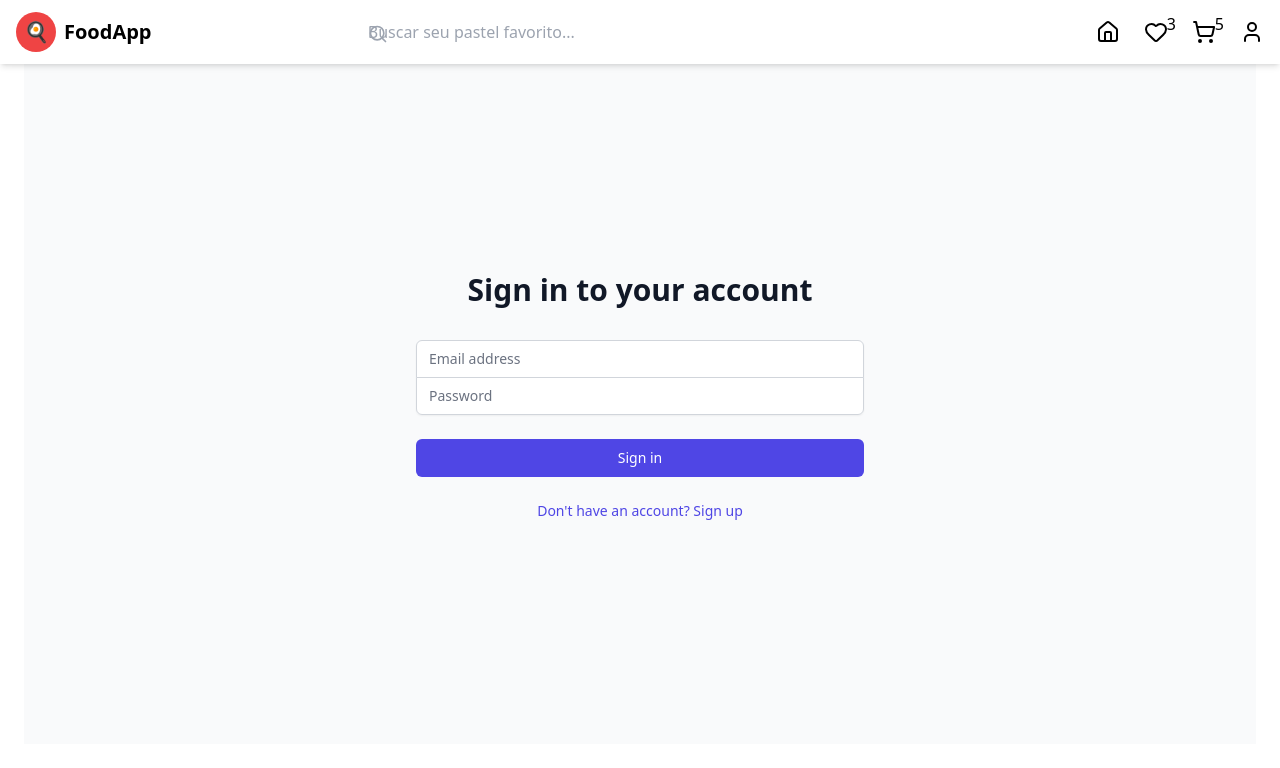
Repository: Deniihsilvaa/pastelariadoceesal
Page: /auth
These files come from the project's save history. The page is drawn as it stood at one moment and after a run of saves; the edit follows.
The browser window is 1280 px wide. The pictures show the whole page.
The page's requests for data from a server got no answer. The project was rebuilt for these pictures with package versions that can differ from the ones it lists, and the page was loaded fresh each time. No one was signed in, and anything a server would have sent is missing. Also part of the build but not shown: vite.config.ts, src/components/home/CategoryCard.tsx, src/pages/HomePage.tsx, src/lib/supabaseClient.ts, src/components/restaurant/MenuItem.tsx, src/components/restaurant/MenuList.tsx, src/components/restaurant/RestaurantHeader.tsx, src/pages/RestaurantPage.tsx and 1 more.

Above is the page before, as saved 2024-12-31 17:44:42.

### index.html
<!doctype html>
<html lang="en">

<head>
  <meta charset="UTF-8" />
  <link rel="icon" type="image/svg+xml" href="" />
  <meta name="viewport" content="width=device-width, initial-scale=1.0" />
  <title>Pastelaria Doce & Sal</title>

</head>

<body>
  <div id="root"></div>
  <script type="module" src="/src/main.tsx"></script>
</body>

</html>

### src/App.tsx
// src/app.tsx
import { PrimeReactProvider } from "primereact/api";
import React from "react";
import { BrowserRouter as Router } from "react-router-dom";
import { AuthProvider } from "./contexts/AuthContext";
import Rota from "./hooks/Rota.tsx";
import Layout from "./components/layout/Layout";

const App: React.FC = () => {
  return (
    <PrimeReactProvider value={{ unstyled: true }}>
      <Router>
        <AuthProvider>
          <Layout>
            <Rota />
          </Layout>
        </AuthProvider>
      </Router>
    </PrimeReactProvider>
  );
};

export default App;

### src/contexts/AuthContext.tsx
import  { createContext,  useState, ReactNode } from 'react';

interface AuthContextType {
  user: { name: string; email: string } | null;
  login: (userData: { name: string; email: string }) => void;
  logout: () => void;
}

export const AuthContext = createContext<AuthContextType | undefined>(undefined);

export function AuthProvider({ children }: { children: ReactNode }) {
  const [user, setUser] = useState<AuthContextType['user']>(null);

  const login = (userData: { name: string; email: string }) => {
    setUser(userData);
  };

  const logout = () => {
    setUser(null);
  };

  return (
    <AuthContext.Provider value={{ user, login, logout }}>
      {children}
    </AuthContext.Provider>
  );
}

### src/hooks/Rota.tsx
import { Routes, Route } from "react-router-dom";
import { useAuth } from "../contexts/useAuth.tsx";
import { AuthForm } from '../components/AuthForm.tsx';
import { HomePage } from '../pages/HomePage.tsx';
import { RestaurantPage } from '../pages/RestaurantPage';
import { Profile } from '../components/layout/profile/Profile';

const Rota = () => {
  const {user} = useAuth();

  return (
    <Routes>
      {/* Rotas públicas */}
      <Route path="/" element={<HomePage />} />
      <Route path="/auth" element={<AuthForm />} />
      <Route path="/profile" element={<Profile />} />
      <Route path="/restaurant/:id" element={<RestaurantPage />} />

      {user ? (
        <Route path="/profile" element={<Profile />} />
      ) : (
        <Route path="*" element={<HomePage />} />
      )}

      {/* Redirecionamento para a página inicial para qualquer outra rota desconhecida */}
      <Route path="*" element={<HomePage />} />
    </Routes>
  );
};

export default Rota;

### src/components/layout/Layout.tsx
// src/components/layout/Layout.tsx
import { ReactNode } from 'react';
import { Header } from './Header';

interface LayoutProps {
  children: ReactNode;
}

const Layout: React.FC<LayoutProps> = ({ children }) => {
  return (
    <div className="flex flex-col min-h-screen bg-gray-100">
      <Header />
      <main className="flex-1 p-6 bg-white">{children}</main>
    </div>
  );
};

export default Layout;

### src/contexts/useAuth.tsx
import { useContext } from 'react';
import {AuthContext} from '../contexts/AuthContext';

export function useAuth() {
  const context = useContext(AuthContext);
  if (context === undefined) {
    throw new Error('useAuth must be used within an AuthProvider');
  }
  return context;
}

### src/components/AuthForm.tsx
import { useState } from 'react';
import { useAuth } from '../contexts/useAuth';

export function AuthForm() {
  const [isLogin, setIsLogin] = useState(true);
  const [email, setEmail] = useState('');
  const [password, setPassword] = useState('');
  const [error, setError] = useState('');
  const { signIn, signUp } = useAuth();

  const handleSubmit = async (e: React.FormEvent) => {
    e.preventDefault();
    setError('');

    try {
      if (isLogin) {
        await signIn(email, password);
      } else {
        await signUp(email, password);
      }
    } catch (err) {
      setError(err instanceof Error ? err.message : 'An error occurred');
    }
  };

  return (
    <div className="flex items-center justify-center min-h-screen px-4 py-12 bg-gray-50 sm:px-6 lg:px-8">
      <div className="w-full max-w-md space-y-8">
        <div>
          <h2 className="mt-6 text-3xl font-extrabold text-center text-gray-900">
            {isLogin ? 'Sign in to your account' : 'Create your account'}
          </h2>
        </div>
        <form className="mt-8 space-y-6" onSubmit={handleSubmit}>
          <div className="-space-y-px rounded-md shadow-sm">
            <div>
              <label htmlFor="email-address" className="sr-only">
                Email address
              </label>
              <input
                id="email-address"
                name="email"
                type="email"
                required
                className="relative block w-full px-3 py-2 text-gray-900 placeholder-gray-500 border border-gray-300 rounded-none appearance-none rounded-t-md focus:outline-none focus:ring-indigo-500 focus:border-indigo-500 focus:z-10 sm:text-sm"
                placeholder="Email address"
                value={email}
                onChange={(e) => setEmail(e.target.value)}
              />
            </div>
            <div>
              <label htmlFor="password" className="sr-only">
                Password
              </label>
              <input
                id="password"
                name="password"
                type="password"
                required
                className="relative block w-full px-3 py-2 text-gray-900 placeholder-gray-500 border border-gray-300 rounded-none appearance-none rounded-b-md focus:outline-none focus:ring-indigo-500 focus:border-indigo-500 focus:z-10 sm:text-sm"
                placeholder="Password"
                value={password}
                onChange={(e) => setPassword(e.target.value)}
              />
            </div>
          </div>

          {error && (
            <div className="text-sm text-center text-red-500">{error}</div>
          )}

          <div>
            <button
              type="submit"
              className="relative flex justify-center w-full px-4 py-2 text-sm font-medium text-white bg-indigo-600 border border-transparent rounded-md group hover:bg-indigo-700 focus:outline-none focus:ring-2 focus:ring-offset-2 focus:ring-indigo-500"
            >
              {isLogin ? 'Sign in' : 'Sign up'}
            </button>
          </div>

          <div className="text-sm text-center">
            <button
              type="button"
              className="font-medium text-indigo-600 hover:text-indigo-500"
              onClick={() => setIsLogin(!isLogin)}
            >
              {isLogin
                ? "Don't have an account? Sign up"
                : 'Already have an account? Sign in'}
            </button>
          </div>
        </form>
      </div>
    </div>
  );
}

### src/components/layout/Header.tsx
// src/components/layout/Header.tsx
import { Link } from 'react-router-dom';
import { Avatar } from 'primereact/avatar';
import { Badge } from 'primereact/badge';
import { InputText } from 'primereact/inputtext';
import { Search, ShoppingCart, User, Home, Heart } from 'lucide-react';
import { useAuth } from '../../contexts/useAuth';

export function Header() {
  const { user } = useAuth();

  return (
    <header className="fixed top-0 left-0 right-0 z-50 bg-white shadow-md">
      <div className="flex items-center justify-between h-16 px-4 mx-auto max-w-7xl">
        {/* Logo */}
        <Link to="/" className="flex items-center space-x-2">
          <div className="flex items-center justify-center w-10 h-10 bg-red-500 rounded-full">
            <span className="text-xl text-white">🍳</span>
          </div>
          <span className="text-xl font-bold">FoodApp</span>
        </Link>

        {/* Search Bar */}
        <div className="flex-1 max-w-lg mx-8">
          <span className="w-full p-input-icon-left">
            <Search className="w-5 h-5 text-gray-400" />
            <InputText
              placeholder="Buscar seu pastel favorito..."
              className="w-full rounded-full"
            />
          </span>
        </div>

        {/* Navigation Links */}
        <nav className="flex items-center space-x-6">
          <Link to="/" className="nav-link">
            <Home className="w-6 h-6 hover:text-red-500" />
          </Link>
          <Link to="/favorites" className="relative nav-link">
            <Heart className="w-6 h-6 hover:text-red-500" />
            <Badge value="3" className="absolute -top-2 -right-2" />
          </Link>
          <Link to="/cart" className="relative nav-link">
            <ShoppingCart className="w-6 h-6 hover:text-red-500" />
            <Badge value="5" className="absolute -top-2 -right-2" />
          </Link>
          <Link to={user ? "/profile" : "/auth"} className="nav-link">
            {user ? (
              <Avatar
                icon="pi pi-user"
                shape="circle"
                size="xlarge"
                className="w-10 h-10 bg-gray-200 hover:shadow-lg"
              />
            ) : (
              <User className="w-6 h-6 hover:text-red-500" />
            )}
          </Link>
        </nav>
      </div>
    </header>
  );
}

### tailwind.config.js
/** @type {import('tailwindcss').Config} */
module.exports = {
  content: ["./index.html", "./src/**/*.{js,ts,jsx,tsx}"],
  theme: {
    extend: {},
  },
  plugins: [],
}

Loaded but not shown: src/main.tsx (common file); src/index.css (common file)

After the next 2 saves:
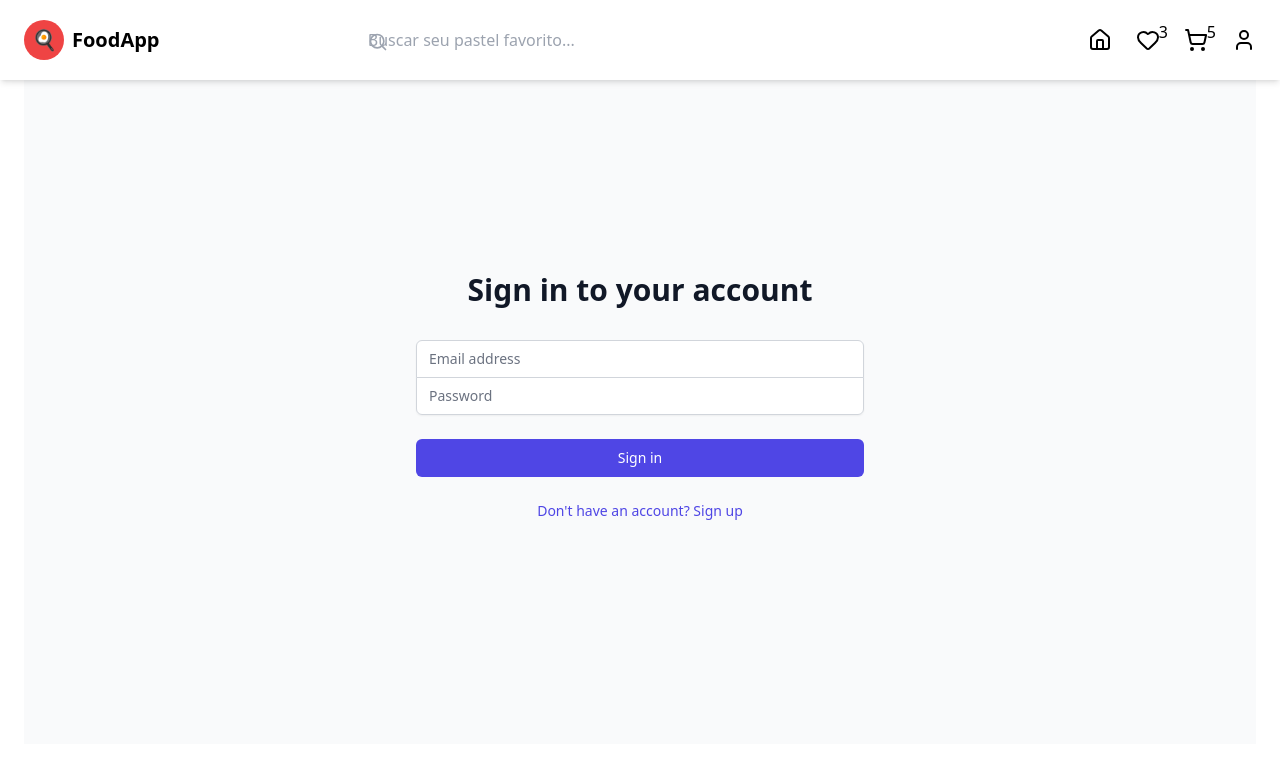
The 2 saves are shown as one change because they came seconds apart.
The last was saved 16 s later.
--- a/src/components/layout/Header.tsx
+++ b/src/components/layout/Header.tsx
@@ -10,7 +10,7 @@ export function Header() {
   const { user } = useAuth();
 
   return (
-    <header className="fixed top-0 left-0 right-0 z-50 bg-white shadow-md">
+    <header className="fixed top-0 left-0 right-0 z-50 p-2 bg-white shadow-md">
       <div className="flex items-center justify-between h-16 px-4 mx-auto max-w-7xl">
         {/* Logo */}
         <Link to="/" className="flex items-center space-x-2">
